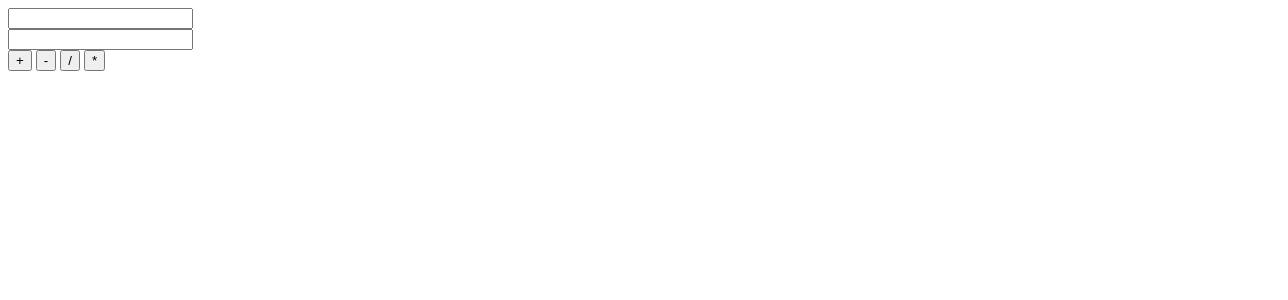
Repository: sajithmadushanka/simple-calculator-using-jsp
Page: http://localhost/simple_calculator/
An editor plug-in stored every save of this project. The page is shown before and after the next save, followed by the edit.
The browser window is 1280 px wide. The page is 1288 px wide, so the pictures cover 1288 px, including what lies to the right of the window. The pictures show the whole page.
The page is served by Tomcat 9.

Above is the page before, as saved 2023-09-19 09:06:35.

After the next save:
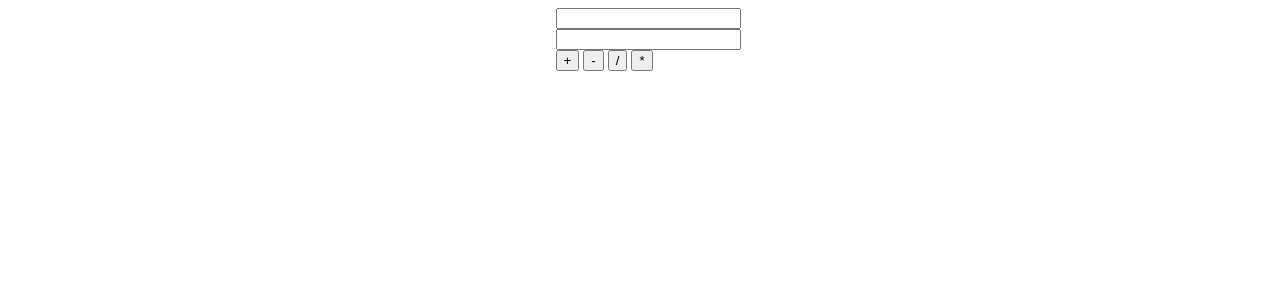
Saved 89 s later.
--- a/simple_calculator/WebContent/index.jsp
+++ b/simple_calculator/WebContent/index.jsp
@@ -9,7 +9,7 @@
 	.main{
 			backgroundcolor : red;
 			width :100vw;
-			display: flex,
+			display: flex;
 		    justify-content: center;
 		}
 </style>
